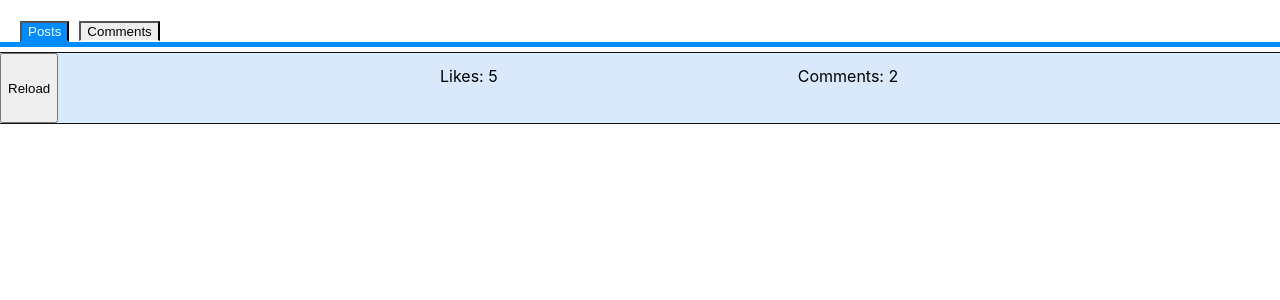
Repository: milosKomiRajkovic94/cleverbit-project
Page: /
The author's editor kept a copy of each file at every save. The page is drawn from the files as they stood at one save, then again after the next save.
The browser window is 1280 px wide. The pictures show the whole page.
The project was rebuilt for these pictures with package versions that can differ from the ones it lists, and the page was loaded fresh each time. Also part of the build but not shown: src/utils/Loader.js.

Above is the page before, as saved 2020-10-13 20:32:06.

### src/index.js
import React from 'react';

import ReactDOM from 'react-dom';

import App from './App';

import * as serviceWorker from './serviceWorker';

import configureStore from "./store";

import { Provider } from "react-redux";

import { HashRouter as Router } from "react-router-dom";

import "./scss/index.scss";

const store = configureStore();

ReactDOM.render(
  <React.StrictMode>
    <Provider store={store} >
      <Router>
        <App />
      </Router>
    </Provider>
  </React.StrictMode>,
  document.getElementById('root')
);

// If you want your app to work offline and load faster, you can change
// unregister() to register() below. Note this comes with some pitfalls.
// Learn more about service workers: https://bit.ly/CRA-PWA
serviceWorker.unregister();

### src/App.js
import React, {useEffect, useState, lazy, Suspense} from 'react';

import { connect } from "react-redux";

import { bindActionCreators } from "redux";

import { loadCurrentPosts } from "./actions/postActions";

import {
  useHistory,
  Route,
  Switch,
  withRouter,
} from "react-router-dom";

import Header from "./components/HeaderComponents/Header";

import PostsContainer from "./components/PostsComponents/PostsContainer";

import { POSTS, COMMENTS, HOME } from "./constants/urls";

import Loader from "./utils/Loader";

const App = ({ currentPosts, currentPostsAreLoading, currentPostsFailedLoading, loadCurrentPostsAction }) => {

  const [initialLoadingDone, setInitialLoadingDone] = useState(false);
  const history = useHistory();

  useEffect(() => {
    if(!initialLoadingDone){
      loadCurrentPostsAction(true);
      setInitialLoadingDone(true);
    }
  }, [initialLoadingDone, loadCurrentPostsAction])

  function changeLocation(locationToGo) {
    history.push(locationToGo);
  }

  function waitingComponent(Component) {
    return (props) => (
      <Suspense
        fallback={<Loader classNameOfWrapper="centered" text={"Loading"} />}
      >
        <Component {...props} />
      </Suspense>
    );
  }

  return (
    <div className="App">
       <Header
        changeLocation={changeLocation}
       />
       <Switch>
        <Route exact path={HOME} component={PostsContainer} />
        <Route
          exact
          path={POSTS}
          component={waitingComponent(
            lazy(() =>
              import("./components/PostsComponents/PostsContainer")
            )
          )}
        />
        <Route
          exact
          path={COMMENTS}
          component={waitingComponent(
            lazy(() =>
              import("./components/CommentsComponents/CommentsContainer")
            )
          )}
        />
      </Switch>
    </div>
  );
}

const mapStateToProps = (state) => {
  return {
    currentPosts: state.postReducer.currentPosts,
    currentPostsAreLoading: state.postReducer.currentPostsAreLoading,
    currentPostsFailedLoading: state.postReducer.currentPostsFailedLoading,
  }
}

const mapDispatchToProps = (dispatch) => {
  return{
    loadCurrentPostsAction: bindActionCreators(loadCurrentPosts, dispatch)
  }
}

export default withRouter(connect(mapStateToProps, mapDispatchToProps) (App));

### src/store.js
import { createStore, applyMiddleware } from "redux";

import thunk from "redux-thunk";

import rootReducer from "./reducers";

export default function configureStore(){
    return createStore(
        rootReducer,
        applyMiddleware(thunk)
    )
}

### src/scss/index.scss
@import 'app';

@import 'header';

@import 'posts';

### src/actions/postActions.js
import { CURRENT_POSTS_LOADED_SUCCESSFULLY, CURRENT_POSTS_ARE_LOADING, CURRENT_POSTS_FAILED_LOADING, CURRENT_POSTS_LOADED_SUCCESSFULLY_AFTER_INITIAL_LOAD } from "./actionTypes";

import  fakeData from "../constants/fakeData";

export function currentPostsAreLoadingAction(currentPostsAreLoading){
    return{
        type: CURRENT_POSTS_ARE_LOADING,
        currentPostsAreLoading
    }
}

export function currentPostsFailedLoadingAction(currentPostsFailedLoading){
    return{
        type: CURRENT_POSTS_FAILED_LOADING,
        currentPostsFailedLoading
    }
}

export function currentPostsLoadedSuccessfullyAction(currentPosts){
    return{
        type: CURRENT_POSTS_LOADED_SUCCESSFULLY,
        currentPosts
    }
}

/* This is just an action for remaining the current state in order not to have restarted data, but instead updated current data after click on RELOAD BUTTON.
    Delete this action after implementation of API endpoint and use just currentPostsLoadedSuccessfullyAction in order to send current data from the endpoint.
*/
export function currentPostsLoadedSuccessfullyAfterInitialLoad(){
    return{
        type: CURRENT_POSTS_LOADED_SUCCESSFULLY_AFTER_INITIAL_LOAD,
    }
}


export function loadCurrentPosts(initialLoad){
    return(dispatch) => {
        dispatch(currentPostsAreLoadingAction(true));
        /* I will pass direct fake JSON data here and you can implement your actual API end point request here.
        setTimeout will be used as imitation that it takes some time for the request to reach endpoint. */
        setTimeout(function(){
            if(initialLoad){
                dispatch(currentPostsLoadedSuccessfullyAction(fakeData));
            }else {
                dispatch(currentPostsLoadedSuccessfullyAfterInitialLoad());
            }
        }, 1500)

    }
}

### src/components/HeaderComponents/Header.js
import React from "react";

import {
    POSTS,
    COMMENTS,
    HOME
} from "../../constants/urls";

import {
    withRouter,
    useLocation,
  } from "react-router-dom";

const Header = ({ changeLocation }) => {
    const location = useLocation();

    return(
        <div className="header">
            <button className={location.pathname === POSTS || location.pathname === HOME ? "selectedHeaderButton" : "ordinaryButton"} onClick={() => changeLocation(POSTS)}>
                Posts
            </button>
            <button className={location.pathname === COMMENTS ? "rightButton selectedHeaderButton" : "rightButton ordinaryButton"} onClick={() => changeLocation(COMMENTS)}>
                Comments
            </button>
        </div>
    )
}

export default withRouter(Header);

### src/components/PostsComponents/PostsContainer.js
import React from "react";

import { connect } from "react-redux";

const PostsContainer = ({
    currentNumberOfLikes,
    currentNumberOfComments,
    currentPosts
}) => {
    return(
        <div>
            <div className="postsHeader">
                <button className="reloadButton">
                    Reload
                </button>
                <div className="likesAndCommentsNumber">
                    <span className="likesNumber">
                        Likes: {currentNumberOfLikes}
                    </span>
                    <span className="commentsNumber">
                        Comments: {currentNumberOfComments}
                    </span>
                </div>
            </div>
        </div>
    )
}

const mapStateToProps = (state) => {
    return{
        currentNumberOfLikes: state.postReducer.currentNumberOfLikes,
        currentNumberOfComments: state.postReducer.currentNumberOfComments,
        currentPosts: state.postReducer.currentPosts,
    }
}

export default connect(mapStateToProps) (PostsContainer);

### src/constants/urls.js
export const POSTS = "/posts";
export const COMMENTS = "/comments";
export const HOME = "/";

### src/reducers/index.js
import { combineReducers } from "redux";

import { postReducer } from "./postsReducer";

export default combineReducers({
    postReducer
});

### src/scss/app.scss
body {
  margin: 0;
  font-family: -apple-system, BlinkMacSystemFont, 'Segoe UI', 'Roboto', 'Oxygen',
    'Ubuntu', 'Cantarell', 'Fira Sans', 'Droid Sans', 'Helvetica Neue',
    sans-serif;
  -webkit-font-smoothing: antialiased;
  -moz-osx-font-smoothing: grayscale;
}

code {
  font-family: source-code-pro, Menlo, Monaco, Consolas, 'Courier New',
    monospace;
}

.centered {
  position: fixed;
  top: 50%;
  left: 50%;
}

### src/scss/header.scss
.header {
  padding: 20px;
  border-bottom: 5px solid #008cff;
  padding-bottom: 0px;
}

.selectedHeaderButton,
.selectedHeaderButton:focus,
.selectedHeaderButton:active {
  background: #008cff;
  color: #fff;
  border-bottom: 2px solid #008cff;
  outline: none;
}

.ordinaryButton {
  border-bottom: 1px solid #fff;
}

.rightButton {
  margin-left: 10px;
}

### src/scss/posts.scss
.postsHeader {
  display: inline-flex;
  width: 100%;
  height: 70px;
  margin-top: 5px;
  border-top: 1px solid #111;
  border-bottom: 1px solid #111;
  background-color: #dae8fc;
}

.likesAndCommentsNumber span {
  padding: 150px;
}

.likesAndCommentsNumber {
  width: 100%;
  text-align: center;
  padding-top: 1%;
}

### src/actions/actionTypes.js
export const CURRENT_POSTS_LOADED_SUCCESSFULLY = "CURRENT_POSTS_LOADED_SUCCESSFULLY";
export const CURRENT_POSTS_LOADED_SUCCESSFULLY_AFTER_INITIAL_LOAD = "CURRENT_POSTS_LOADED_SUCCESSFULLY_AFTER_INITIAL_LOAD";
export const CURRENT_POSTS_ARE_LOADING = "CURRENT_POSTS_ARE_LOADING";
export const CURRENT_POSTS_FAILED_LOADING = "CURRENT_POSTS_FAILED_LOADING";

### src/constants/fakeData.js
export default [
    {
        id: 1,
        title: "Great news!",
        description: "Lorem Ipsum is simply dummy text of the printing and typesetting industry. Lorem Ipsum has been the industry's standard dummy text ever since the 1500s, when an unknown printer took a galley of type and scrambled it to make a type specimen book.",
        comments: [
            {
                id: 1,
                text: "It is a long established fact that a reader will be distracted by the readable content of a page when looking at its layout.",
                date: "2016/01/10"
            },
            {
                id: 2,
                text: "It is a long established fact that a reader will be distracted by the readable content of a page when looking at its layout.",
                date: "2016/01/10"
            }
        ],
        numberOfLikes: 3
    },
    {
        id: 2,
        title: "Another post",
        description: "Contrary to popular belief, Lorem Ipsum is not simply random text. It has roots in a piece of classical Latin literature from 45 BC, making it over 2000 years old.",
        comments: [
            {
                id: 3,
                text: "It is a long established fact that a reader will be distracted by the readable content of a page when looking at its layout.",
                date: "2016/01/10"
            },
            {
                id: 2,
                text: "It is a long established fact that a reader will be distracted by the readable content of a page when looking at its layout.",
                date: "2016/01/10"
            }
        ],
        numberOfLikes: 2
    }
]

### src/reducers/postsReducer.js
import { CURRENT_POSTS_LOADED_SUCCESSFULLY, CURRENT_POSTS_ARE_LOADING, CURRENT_POSTS_FAILED_LOADING, CURRENT_POSTS_LOADED_SUCCESSFULLY_AFTER_INITIAL_LOAD } from "../actions/actionTypes";

import initialState from "../initialState";


export function postReducer(
    state = initialState.postsReducerState,
    action
) {
    switch(action.type){
        case CURRENT_POSTS_LOADED_SUCCESSFULLY: {
            return{
                ...state,
                currentPosts: action.currentPosts,
                currentPostsAreLoading: false,
                currentPostsFailedLoading: false,
            };
        }

        //When using the real API endpoint just remove this case
        case CURRENT_POSTS_LOADED_SUCCESSFULLY_AFTER_INITIAL_LOAD: {
            return{
                ...state,
                currentPosts: state.currentPosts,
                currentPostsAreLoading: false,
                currentPostsFailedLoading: false,
            };
        }

        case CURRENT_POSTS_ARE_LOADING: {
            return{
                ...state,
                //When using the real API endpoint just replace this with empty array []
                currentPosts: state.currentPosts,
                currentPostsAreLoading: action.currentPostsAreLoading,
                currentPostsFailedLoading: false,
            };
        }

        case CURRENT_POSTS_FAILED_LOADING: {
            return {
                ...state,
                //When using the real API endpoint just replace this with empty array []
                currentPosts: state.currentPosts,
                currentPostsAreLoading: false,
                currentPostsFailedLoading: action.currentPostsFailedLoading,
            }
        }

        default: {
            return state;
        }
    }
}

### src/initialState.js
export default {
    postsReducerState: {
        currentPosts: [],
        currentNumberOfLikes: 5,
        currentNumberOfComments: 2,
        currentPostsAreLoading: false,
        currentPostsFailedLoading: false,
    }
}

Loaded but not shown: public/index.html (common file); src/serviceWorker.js (common file)

After the next save:
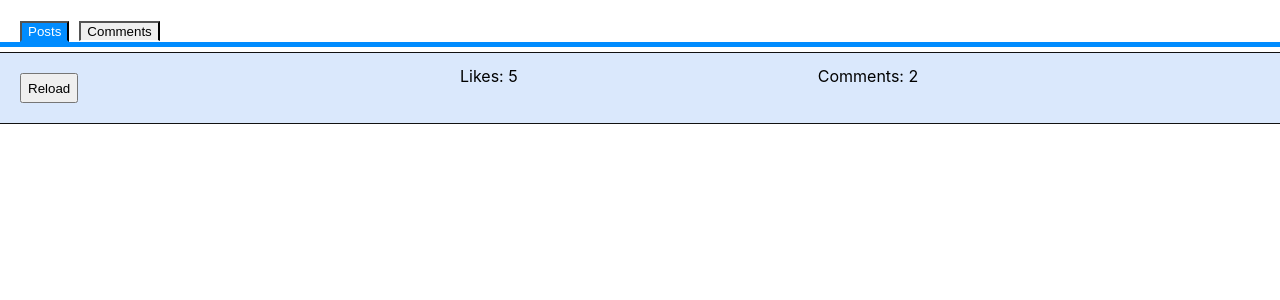
Saved 71 s later.
--- a/src/scss/posts.scss
+++ b/src/scss/posts.scss
@@ -17,3 +17,7 @@
   text-align: center;
   padding-top: 1%;
 }
+
+.reloadButton {
+  margin: 20px;
+}
